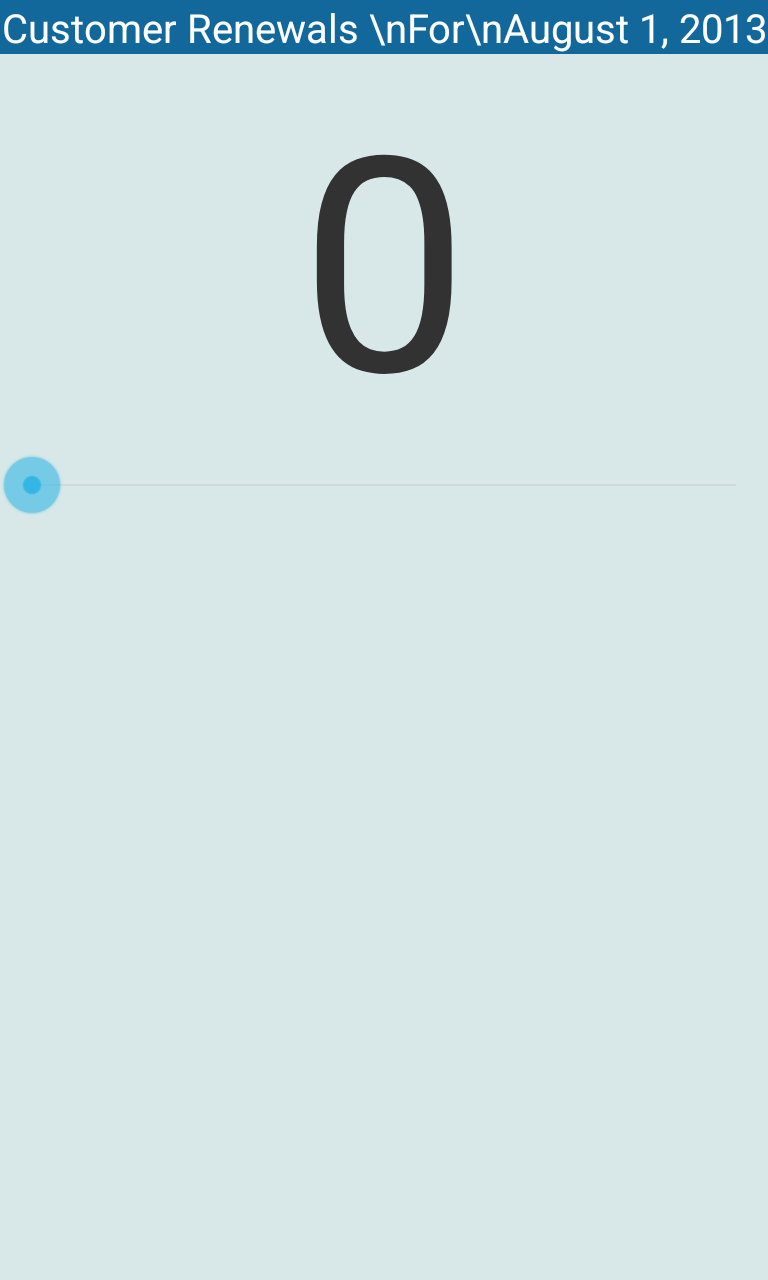
Repository: jemcphe/XCell
Layout: XCell/res/layout/frag_renewals.xml
The author's editor kept a copy of each file at every save. The layout is drawn from the files as they stood at one save, then again after the next save.
It is drawn on a 768 x 1280 px phone screen (xhdpi) without system bars, with theme Theme.Xcell; the app's code is not run.

Above is the layout before, as saved 2013-08-29 07:21:11.

### XCell/res/layout/frag_renewals.xml
<?xml version="1.0" encoding="utf-8"?>
<LinearLayout xmlns:android="http://schemas.android.com/apk/res/android"
    android:id="@+id/frag_renewals"
    android:layout_width="match_parent"
    android:layout_height="match_parent"
    android:background="@color/background_xcell"
    android:orientation="vertical" >

    <TextView
        android:id="@+id/renewalDate"
        android:layout_width="fill_parent"
        android:layout_height="wrap_content"
        android:gravity="center"
        android:text="Customer Renewals \nFor\nAugust 1, 2013"
        android:textSize="20sp"
        android:textColor="#fff"
        android:background="@color/xcell_blue"/>

    <TextView
        android:id="@+id/renewalValue"
        android:layout_width="fill_parent"
        android:layout_height="wrap_content"
        android:gravity="center"
        android:textSize="150sp"
        android:text="0" />

    <SeekBar
        android:id="@+id/renewalSeekBar"
        android:layout_width="match_parent"
        android:layout_height="wrap_content"
        android:max="15" />

</LinearLayout>

### XCell/res/values/styles_xcell.xml
<?xml version="1.0" encoding="utf-8"?>

<resources>

    <style name="Theme.Xcell" parent="@android:style/Theme.Holo.Light">
        <item name="android:actionBarItemBackground">@drawable/selectable_background_xcell</item>
        <item name="android:popupMenuStyle">@style/PopupMenu.Xcell</item>
        <item name="android:dropDownListViewStyle">@style/DropDownListView.Xcell</item>
        <item name="android:actionBarTabStyle">@style/ActionBarTabStyle.Xcell</item>
        <item name="android:actionDropDownStyle">@style/DropDownNav.Xcell</item>
        <item name="android:actionBarStyle">@style/ActionBar.Solid.Xcell</item>
        <item name="android:actionModeBackground">@drawable/cab_background_top_xcell</item>
        <item name="android:actionModeSplitBackground">@drawable/cab_background_bottom_xcell</item>
        <item name="android:actionModeCloseButtonStyle">@style/ActionButton.CloseMode.Xcell</item>


    </style>

    <style name="ActionBar.Solid.Xcell" parent="@android:style/Widget.Holo.Light.ActionBar.Solid">
        <item name="android:background">@drawable/ab_background_textured_xcell</item>
        <item name="android:backgroundStacked">@drawable/ab_stacked_solid_xcell</item>
        <item name="android:backgroundSplit">@drawable/ab_background_textured_xcell</item>
        <item name="android:progressBarStyle">@style/ProgressBar.Xcell</item>
    </style>

    <style name="ActionBar.Transparent.Xcell" parent="@android:style/Widget.Holo.Light.ActionBar">
        <item name="android:background">@drawable/ab_transparent_xcell</item>
        <item name="android:progressBarStyle">@style/ProgressBar.Xcell</item>
    </style>

    <style name="PopupMenu.Xcell" parent="@android:style/Widget.Holo.Light.ListPopupWindow">
        <item name="android:popupBackground">@drawable/menu_dropdown_panel_xcell</item>
    </style>

    <style name="DropDownListView.Xcell" parent="@android:style/Widget.Holo.Light.ListView.DropDown">
        <item name="android:listSelector">@drawable/selectable_background_xcell</item>
    </style>

    <style name="ActionBarTabStyle.Xcell" parent="@android:style/Widget.Holo.Light.ActionBar.TabView">
        <item name="android:background">@drawable/tab_indicator_ab_xcell</item>
    </style>

    <style name="DropDownNav.Xcell" parent="@android:style/Widget.Holo.Light.Spinner">
        <item name="android:background">@drawable/spinner_background_ab_xcell</item>
        <item name="android:popupBackground">@drawable/menu_dropdown_panel_xcell</item>
        <item name="android:dropDownSelector">@drawable/selectable_background_xcell</item>
    </style>

    <style name="ProgressBar.Xcell" parent="@android:style/Widget.Holo.Light.ProgressBar.Horizontal">
        <item name="android:progressDrawable">@drawable/progress_horizontal_xcell</item>
    </style>

    <style name="ActionButton.CloseMode.Xcell" parent="@android:style/Widget.Holo.Light.ActionButton.CloseMode">
        <item name="android:background">@drawable/btn_cab_done_xcell</item>
    </style>

    <!-- this style is only referenced in a Light.DarkActionBar based theme -->
    <style name="Theme.Xcell.Widget" parent="@android:style/Theme.Holo">
        <item name="android:popupMenuStyle">@style/PopupMenu.Xcell</item>
        <item name="android:dropDownListViewStyle">@style/DropDownListView.Xcell</item>
    </style>

</resources>

### XCell/res/drawable/selectable_background_xcell.xml
<?xml version="1.0" encoding="utf-8"?>
<!-- File created by the Android Action Bar Style Generator

     Copyright (C) 2011 The Android Open Source Project
     Copyright (C) 2012 readyState Software Ltd

     Licensed under the Apache License, Version 2.0 (the "License");
     you may not use this file except in compliance with the License.
     You may obtain a copy of the License at

          http://www.apache.org/licenses/LICENSE-2.0

     Unless required by applicable law or agreed to in writing, software
     distributed under the License is distributed on an "AS IS" BASIS,
     WITHOUT WARRANTIES OR CONDITIONS OF ANY KIND, either express or implied.
     See the License for the specific language governing permissions and
     limitations under the License.
-->

<selector xmlns:android="http://schemas.android.com/apk/res/android"
        android:exitFadeDuration="@android:integer/config_mediumAnimTime" >
    <item android:state_pressed="false" android:state_focused="true" android:drawable="@drawable/list_focused_xcell" />
    <item android:state_pressed="true" android:drawable="@drawable/pressed_background_xcell" />
    <item android:drawable="@android:color/transparent" />
</selector>

### XCell/res/drawable/btn_cab_done_xcell.xml
<?xml version="1.0" encoding="utf-8"?>
<!-- File created by the Android Action Bar Style Generator

     Copyright (C) 2011 The Android Open Source Project
     Copyright (C) 2012 readyState Software Ltd

     Licensed under the Apache License, Version 2.0 (the "License");
     you may not use this file except in compliance with the License.
     You may obtain a copy of the License at

          http://www.apache.org/licenses/LICENSE-2.0

     Unless required by applicable law or agreed to in writing, software
     distributed under the License is distributed on an "AS IS" BASIS,
     WITHOUT WARRANTIES OR CONDITIONS OF ANY KIND, either express or implied.
     See the License for the specific language governing permissions and
     limitations under the License.
-->

<selector xmlns:android="http://schemas.android.com/apk/res/android">
    <item android:state_pressed="true"
        android:drawable="@drawable/btn_cab_done_pressed_xcell" />
    <item android:state_focused="true" android:state_enabled="true"
        android:drawable="@drawable/btn_cab_done_focused_xcell" />
    <item android:state_enabled="true"
        android:drawable="@drawable/btn_cab_done_default_xcell" />
</selector>

### XCell/res/drawable/ab_background_textured_xcell.xml
<?xml version="1.0" encoding="utf-8"?>
<!-- File created by the Android Action Bar Style Generator

     Copyright (C) 2012 readyState Software Ltd

     Licensed under the Apache License, Version 2.0 (the "License");
     you may not use this file except in compliance with the License.
     You may obtain a copy of the License at

          http://www.apache.org/licenses/LICENSE-2.0

     Unless required by applicable law or agreed to in writing, software
     distributed under the License is distributed on an "AS IS" BASIS,
     WITHOUT WARRANTIES OR CONDITIONS OF ANY KIND, either express or implied.
     See the License for the specific language governing permissions and
     limitations under the License.
-->

<bitmap xmlns:android="http://schemas.android.com/apk/res/android"
    android:src="@drawable/ab_texture_tile_xcell"
    android:tileMode="repeat" />

### XCell/res/drawable/progress_horizontal_xcell.xml
<?xml version="1.0" encoding="utf-8"?>
<!-- File created by the Android Action Bar Style Generator

     Copyright (C) 2011 The Android Open Source Project
     Copyright (C) 2012 readyState Software Ltd

     Licensed under the Apache License, Version 2.0 (the "License");
     you may not use this file except in compliance with the License.
     You may obtain a copy of the License at

          http://www.apache.org/licenses/LICENSE-2.0

     Unless required by applicable law or agreed to in writing, software
     distributed under the License is distributed on an "AS IS" BASIS,
     WITHOUT WARRANTIES OR CONDITIONS OF ANY KIND, either express or implied.
     See the License for the specific language governing permissions and
     limitations under the License.
-->

<layer-list xmlns:android="http://schemas.android.com/apk/res/android">

    <item android:id="@android:id/background"
          android:drawable="@drawable/progress_bg_xcell" />

    <item android:id="@android:id/secondaryProgress">
        <scale android:scaleWidth="100%"
               android:drawable="@drawable/progress_secondary_xcell" />
    </item>

    <item android:id="@android:id/progress">
        <scale android:scaleWidth="100%"
               android:drawable="@drawable/progress_primary_xcell" />
    </item>

</layer-list>

### XCell/res/drawable/spinner_background_ab_xcell.xml
<?xml version="1.0" encoding="utf-8"?>
<!-- File created by the Android Action Bar Style Generator

     Copyright (C) 2011 The Android Open Source Project
     Copyright (C) 2012 readyState Software Ltd

     Licensed under the Apache License, Version 2.0 (the "License");
     you may not use this file except in compliance with the License.
     You may obtain a copy of the License at

          http://www.apache.org/licenses/LICENSE-2.0

     Unless required by applicable law or agreed to in writing, software
     distributed under the License is distributed on an "AS IS" BASIS,
     WITHOUT WARRANTIES OR CONDITIONS OF ANY KIND, either express or implied.
     See the License for the specific language governing permissions and
     limitations under the License.
-->

<selector xmlns:android="http://schemas.android.com/apk/res/android">
    <item android:state_enabled="false"
        android:drawable="@drawable/spinner_ab_disabled_xcell" />
    <item android:state_pressed="true"
        android:drawable="@drawable/spinner_ab_pressed_xcell" />
    <item android:state_pressed="false" android:state_focused="true"
        android:drawable="@drawable/spinner_ab_focused_xcell" />
    <item android:drawable="@drawable/spinner_ab_default_xcell" />
</selector>

### XCell/res/drawable/tab_indicator_ab_xcell.xml
<?xml version="1.0" encoding="utf-8"?>
<!-- File created by the Android Action Bar Style Generator

     Copyright (C) 2011 The Android Open Source Project
     Copyright (C) 2012 readyState Software Ltd

     Licensed under the Apache License, Version 2.0 (the "License");
     you may not use this file except in compliance with the License.
     You may obtain a copy of the License at

          http://www.apache.org/licenses/LICENSE-2.0

     Unless required by applicable law or agreed to in writing, software
     distributed under the License is distributed on an "AS IS" BASIS,
     WITHOUT WARRANTIES OR CONDITIONS OF ANY KIND, either express or implied.
     See the License for the specific language governing permissions and
     limitations under the License.
-->

<selector xmlns:android="http://schemas.android.com/apk/res/android">
    <!-- Non focused states -->
    <item android:state_focused="false" android:state_selected="false" android:state_pressed="false" android:drawable="@android:color/transparent"/>
    <item android:state_focused="false" android:state_selected="true"  android:state_pressed="false" android:drawable="@drawable/tab_selected_xcell" />

    <!-- Focused states -->
    <item android:state_focused="true" android:state_selected="false" android:state_pressed="false" android:drawable="@drawable/tab_unselected_focused_xcell" />
    <item android:state_focused="true" android:state_selected="true"  android:state_pressed="false" android:drawable="@drawable/tab_selected_focused_xcell" />

    <!-- Pressed -->
    <!--    Non focused states -->
    <item android:state_focused="false" android:state_selected="false" android:state_pressed="true" android:drawable="@drawable/tab_unselected_pressed_xcell" />
    <item android:state_focused="false" android:state_selected="true"  android:state_pressed="true" android:drawable="@drawable/tab_selected_pressed_xcell" />

    <!--    Focused states -->
    <item android:state_focused="true" android:state_selected="false" android:state_pressed="true" android:drawable="@drawable/tab_unselected_pressed_xcell" />
    <item android:state_focused="true" android:state_selected="true"  android:state_pressed="true" android:drawable="@drawable/tab_selected_pressed_xcell" />
</selector>

### XCell/res/drawable/pressed_background_xcell.xml
<?xml version="1.0" encoding="utf-8"?>
<!-- File created by the Android Action Bar Style Generator

     Copyright (C) 2011 The Android Open Source Project
     Copyright (C) 2012 readyState Software Ltd

     Licensed under the Apache License, Version 2.0 (the "License");
     you may not use this file except in compliance with the License.
     You may obtain a copy of the License at

          http://www.apache.org/licenses/LICENSE-2.0

     Unless required by applicable law or agreed to in writing, software
     distributed under the License is distributed on an "AS IS" BASIS,
     WITHOUT WARRANTIES OR CONDITIONS OF ANY KIND, either express or implied.
     See the License for the specific language governing permissions and
     limitations under the License.
-->

<shape xmlns:android="http://schemas.android.com/apk/res/android" android:shape="rectangle">
    <solid android:color="@color/pressed_xcell" />
</shape>

### XCell/res/values/colors_xcell.xml
<?xml version="1.0" encoding="utf-8"?>
<!-- File created by the Android Action Bar Style Generator

     Copyright (C) 2011 The Android Open Source Project
     Copyright (C) 2012 readyState Software Ltd

     Licensed under the Apache License, Version 2.0 (the "License");
     you may not use this file except in compliance with the License.
     You may obtain a copy of the License at

          http://www.apache.org/licenses/LICENSE-2.0

     Unless required by applicable law or agreed to in writing, software
     distributed under the License is distributed on an "AS IS" BASIS,
     WITHOUT WARRANTIES OR CONDITIONS OF ANY KIND, either express or implied.
     See the License for the specific language governing permissions and
     limitations under the License.
-->

<resources>
    <color name="pressed_xcell">#CC33B5E5</color>
    <color name="background_xcell">#d8e8e8</color>
    <color name="xcell_blue">#12679b</color>
</resources>

After the next save:
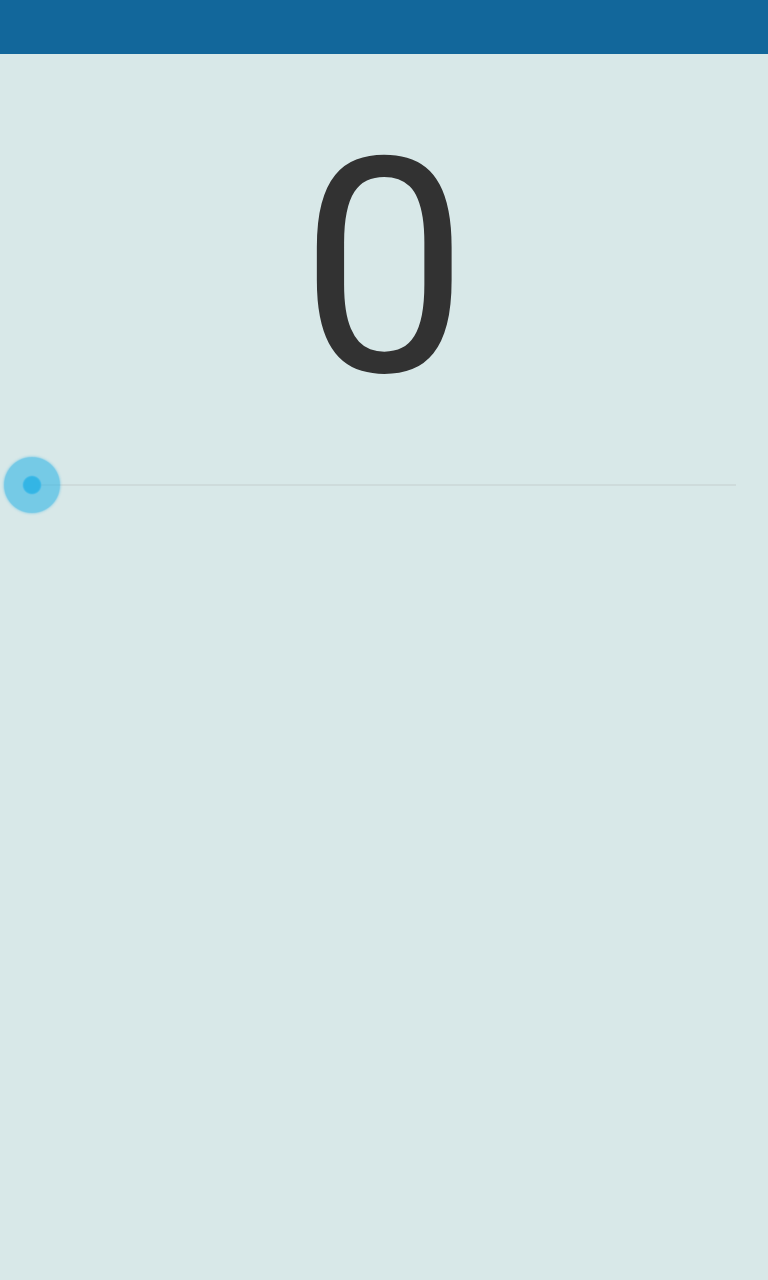
Saved 12 s later.
--- a/XCell/res/layout/frag_renewals.xml
+++ b/XCell/res/layout/frag_renewals.xml
@@ -11,7 +11,6 @@
         android:layout_width="fill_parent"
         android:layout_height="wrap_content"
         android:gravity="center"
-        android:text="Customer Renewals \nFor\nAugust 1, 2013"
         android:textSize="20sp"
         android:textColor="#fff"
         android:background="@color/xcell_blue"/>
